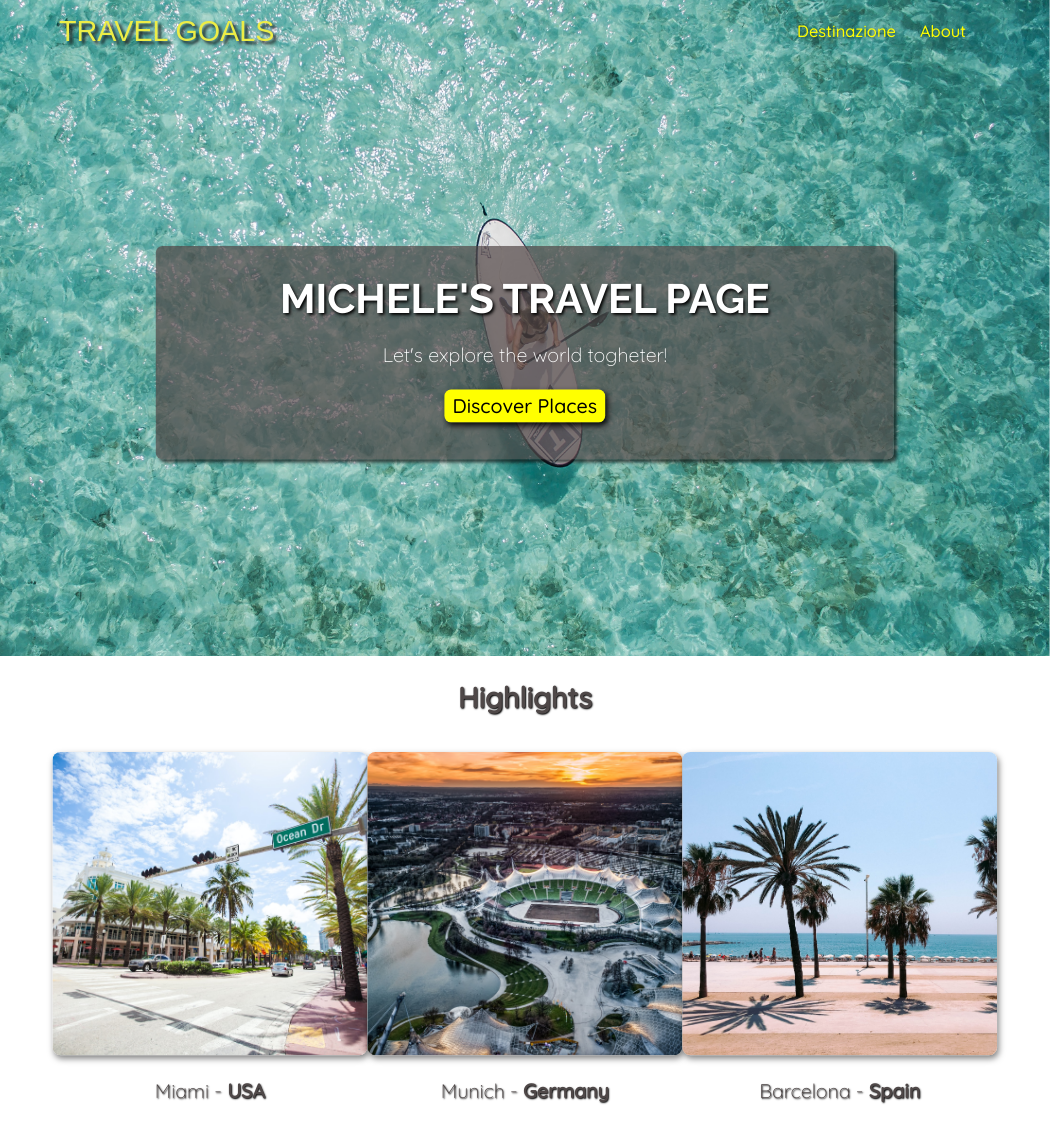
Repository: MicTomm/Travel-Goals
Page: index.html
These files come from the project's save history. The page is drawn as it stood at one moment and after the next save; the edit follows.
The browser window is 1280 px wide. The pictures show the whole page, at 82% of full size.
Some web fonts or font styles are not loaded; a fallback is used.

Above is the page before, as saved 2023-06-05 17:47:16.

### index.html
<!DOCTYPE html>
<html lang="it">

<head>
    <meta charset="UTF-8">
    <title>Travel Goals</title>
    <link rel="stylesheet"
        href="https://fonts.googleapis.com/css2?family=Raleway:wght@700&family=Oleo+Script:wght@700&family=Quicksand:wght@300;500&display=swap">
    <link href="styles/shared.css" rel="stylesheet">
    <link href="styles/main-page-style.css" rel="stylesheet">
</head>

<body>
    <header>
        <div id="logo">
            <a href="/index.html">Travel Goals</a>
        </div>
        <nav>
            <ul>
                <li><a href="/places.html">Destinazione</a></li>
                <li><a href="">About</a></li>
            </ul>
        </nav>
    </header>
    <main>
        <section id="hero-image-section">
            <div id="div-section1">
                <h1>Michele's Travel Page</h1>
                <p>Let's explore the world togheter!</p>
                <a href="/places.html">Discover Places</a>
            </div>
        </section>
        <section id="highlights">
            <h2>Highlights</h2>
            <ul id="destinations">
                <li class="destination">
                    <img src="images/places/miami.jpg" alt="Miami">
                    <p>Miami - <strong>USA</strong></p>
                </li>
                <li class="destination">
                    <img src="/images/places/munich.jpg" alt="Munich">
                    <p>Munich - <strong>Germany</strong></p>
                </li>
                <li class="destination">
                    <img src="/images/places/barcelona.jpg" alt="Barcelona">
                    <p>Barcelona - <strong>Spain</strong></p>
                </li>
            </ul>
        </section>
    </main>
    <footer></footer>
</body>

</html>

### styles/shared.css
body {
    margin: 0px;
    font-family: 'Quicksand', sans-serif;
}

ul {
    list-style: none;
    padding: 0px;
    margin: 0px;
}

header {
    display: flex;
    justify-content: space-between;
    align-items: center;
    padding: 15px 60px;
    position: absolute;
    width: 100%;
    top: 0;
    left: 0;
    box-sizing: border-box;
}

header ul {
    margin: 10px;
    display: flex;
    justify-content: space-between;
    width: 250px;
}

header li {
    width: 100px;
}

header a {
    color: yellow;
    text-decoration: none;
    font-size: 20px;
    padding: 12px;
    text-shadow: 1px 1px 4px rgba(0, 0, 0, 0.5);
}

header a:hover {
    background-color: yellow;
    box-shadow: 2px 2px 4px rgba(0, 0, 0, 0.5);
    color: rgb(67, 60, 60);
    text-shadow: 1px 1px 2px rgb(0, 0, 0, 0.5);
    border-radius: 8px;
}

#logo a {
    font-family: 'Oleo script', sans-serif;
    font-size: 35px;
    text-decoration: none;
    color: rgb(237, 237, 70);
    text-shadow: 4px 4px 4px rgb(31, 29, 29);
    text-transform: uppercase;
}

#logo a:hover {
    background-color: transparent;

}

### styles/main-page-style.css
#hero-image-section {
    text-align: center;
    background-image: url("/images/places/ocean.jpg");
    background-position: center;
    background-size: cover;
    height: 800px;
    /* padding-top: 100px; (alternativa per spostare div-section1 più in basso)*/
}

#div-section1 {
    background-color: rgba(82, 70, 70, 0.7);
    box-shadow: 4px 4px 4px rgba(18, 18, 18, 0.7);
    width: 900px;
    margin: 0px auto;
    padding: 35px 0 50px 0;
    border-radius: 8px;
    position: relative;
    top: 300px;
}

#div-section1 h1 {
    font-size: 50px;
    color: white;
    font-family: 'Raleway', sans-serif;
    text-shadow: 2px 2px 4px black;
    text-transform: uppercase;
    margin: 0px;
}

#div-section1 p {
    color: white;
    font-size: 24px;
    font-weight: 300;
    margin-bottom: 32px;
}

#div-section1 a{
 font-size: 24px;
 text-decoration: none;
 color: black;
 border-radius: 8px;
 background-color: yellow;
 padding: 5px 10px;
 box-shadow: 3px 4px 8px black;
}

#div-section1 a:hover{
    background-color: greenyellow;
    text-shadow: 1px 1px 2px rgba(0, 0, 0, 0.5);
}

#highlights{
    text-align: center;
}

#highlights ul{
    display: flex;
    width: 90%;
    margin: auto;
    padding: 15px;
    margin-bottom: 40px;
    justify-content: space-around;

}

#highlights li{
    margin-bottom: 50px;
}

#highlights img{
    height: 100%;
    width: 100%;
    box-shadow: 2px 4px 8px rgb(0, 0, 0, 0.5);
    border-radius: 10px;
    object-fit: cover;
}

#highlights h2{
    font-size: 35px;
    text-shadow: 1px 1px 2px black;
    color: rgb(79, 72, 72);
}

#highlights p{
    color: rgb(79, 72, 72);
    text-shadow: 1px 1px 2px black;
    font-size: 24px;
    font-weight: 300;
}

After the next save:
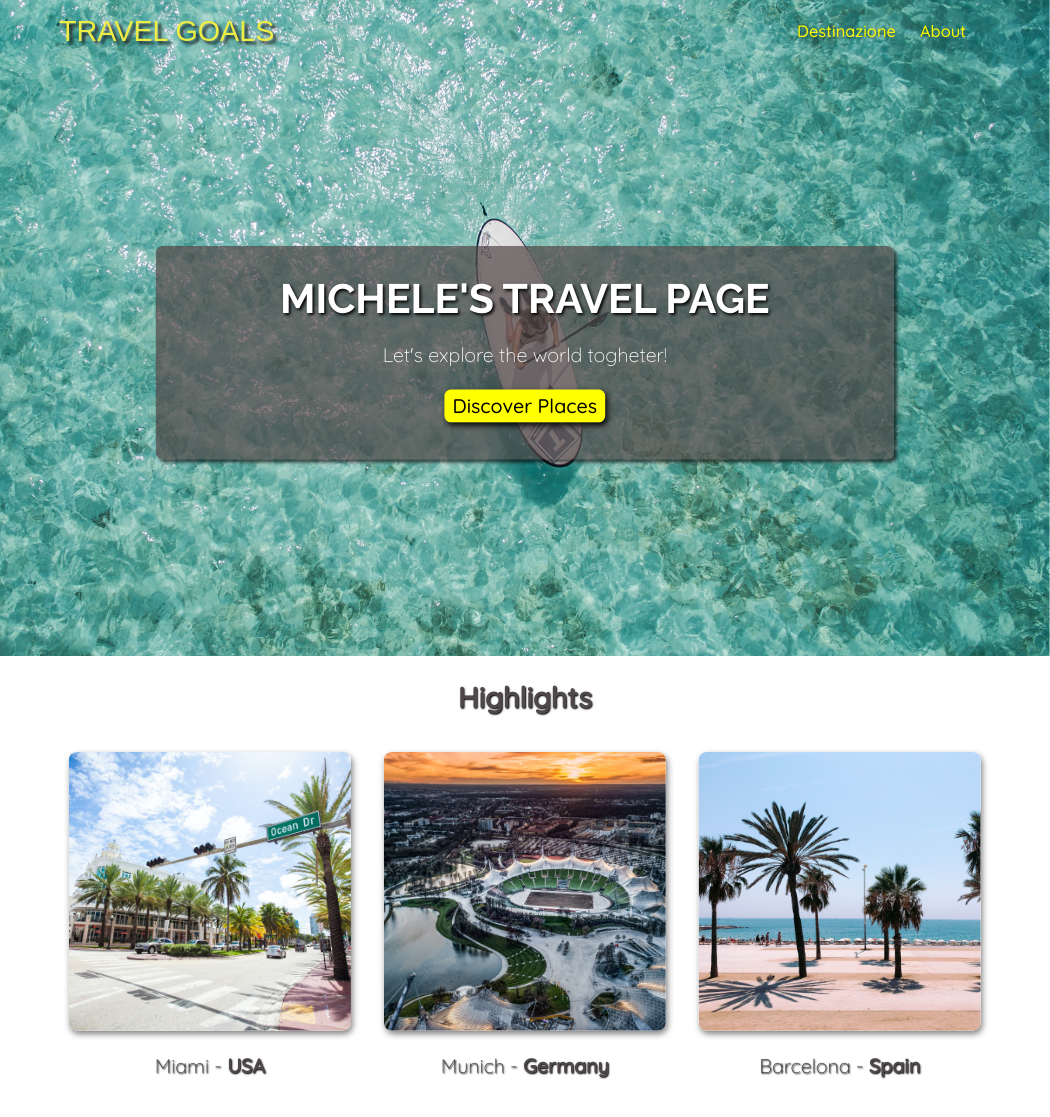
Saved 49 s later.
--- a/styles/main-page-style.css
+++ b/styles/main-page-style.css
@@ -64,7 +64,7 @@
 }
 
 #highlights li{
-    margin-bottom: 50px;
+    margin: 0px 20px 50px 20px;
 }
 
 #highlights img{
